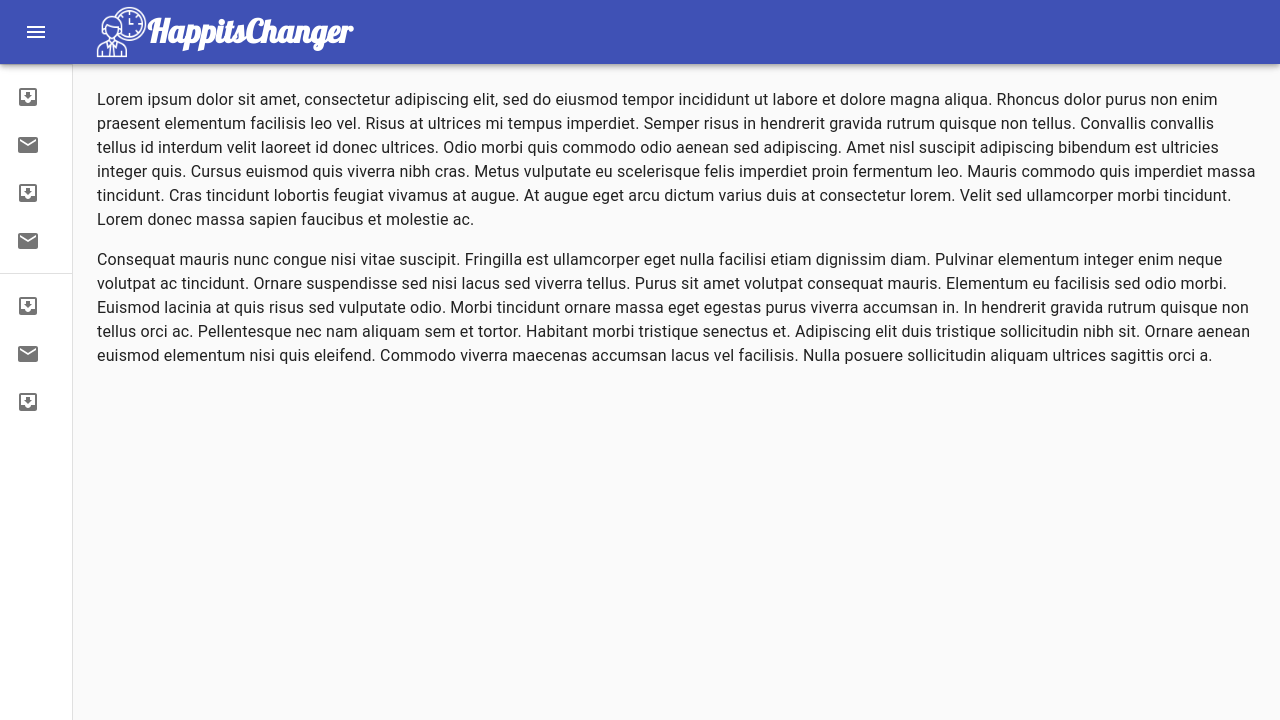
Repository: pgruca96/HappitsChanger
Page: /main
An editor plug-in stored every save of this project. The page is shown before and after the next save, followed by the edit.
The browser window is 1280 px wide. The pictures show the whole page.
The project was rebuilt for these pictures with package versions that can differ from the ones it lists, and the page was loaded fresh each time. Also part of the build but not shown: src/styles/LoginPage.js, src/styles/Form.js, src/components/form/index.js, src/styles/colors.js, src/containers/loginPage/logoContainer.js, src/containers/loginPage/index.js.

Above is the page before, as saved 2020-11-02 13:54:11.

### public/index.html
<!DOCTYPE html>
<html lang="en">

<head>
  <meta charset="utf-8" />
  <link rel="icon" href="%PUBLIC_URL%/favicon.ico" />
  <meta name="viewport" content="width=device-width, initial-scale=1" />
  <meta name="theme-color" content="#000000" />
  <meta name="description" content="Web site created using create-react-app" />
  <link href="https://fonts.googleapis.com/css?family=Lobster" rel="stylesheet" type="text/css">
  <link rel="apple-touch-icon" href="%PUBLIC_URL%/logo192.png" />
  <!--
      manifest.json provides metadata used when your web app is installed on a
      user's mobile device or desktop. See https://developers.google.com/web/fundamentals/web-app-manifest/
    -->
  <link rel="manifest" href="%PUBLIC_URL%/manifest.json" />
  <!--
      Notice the use of %PUBLIC_URL% in the tags above.
      It will be replaced with the URL of the `public` folder during the build.
      Only files inside the `public` folder can be referenced from the HTML.

      Unlike "/favicon.ico" or "favicon.ico", "%PUBLIC_URL%/favicon.ico" will
      work correctly both with client-side routing and a non-root public URL.
      Learn how to configure a non-root public URL by running `npm run build`.
    -->
  <title>React App</title>
</head>

<body>
  <noscript>You need to enable JavaScript to run this app.</noscript>
  <div id="root"></div>
  <!--
      This HTML file is a template.
      If you open it directly in the browser, you will see an empty page.

      You can add webfonts, meta tags, or analytics to this file.
      The build step will place the bundled scripts into the <body> tag.

      To begin the development, run `npm start` or `yarn start`.
      To create a production bundle, use `npm run build` or `yarn build`.
    -->
</body>

</html>

### src/App.js
import "./App.css";
import { BrowserRouter as Router, Route } from "react-router-dom";
import LoginPage from "./containers/loginPage";
import MainPage from "./containers/mainPage";

const App = () => {
  return (
    <div className="app">
      <Router>
        <Route path="/" exact component={LoginPage} />
        <Route path="/main" exact component={MainPage} />
      </Router>
    </div>
  );
};

export default App;

### src/App.css
*,
*::before,
*::after {
  margin: 0;
  padding: 0;
  box-sizing: border-box;
}

.app {
  min-width: 100vw;
  min-height: 100vh;
}

### src/containers/mainPage/index.js
import React from "react";
import clsx from "clsx";
import {
  makeStyles,
  useTheme,
  ThemeProvider,
  createMuiTheme,
} from "@material-ui/core/styles";
import Drawer from "@material-ui/core/Drawer";
import AppBar from "@material-ui/core/AppBar";
import Toolbar from "@material-ui/core/Toolbar";
import List from "@material-ui/core/List";
import CssBaseline from "@material-ui/core/CssBaseline";
import Typography from "@material-ui/core/Typography";
import Divider from "@material-ui/core/Divider";
import IconButton from "@material-ui/core/IconButton";
import MenuIcon from "@material-ui/icons/Menu";
import ChevronLeftIcon from "@material-ui/icons/ChevronLeft";
import ChevronRightIcon from "@material-ui/icons/ChevronRight";
import ListItem from "@material-ui/core/ListItem";
import ListItemIcon from "@material-ui/core/ListItemIcon";
import ListItemText from "@material-ui/core/ListItemText";
import InboxIcon from "@material-ui/icons/MoveToInbox";
import MailIcon from "@material-ui/icons/Mail";
// import { primaryTheme } from "../../styles/colors";
import Logo from "../../components/logo";
import srcLogo from "../../assets/punctuality.png";
import { Header } from "../../styles/h2";
import { green, purple } from "@material-ui/core/colors";

const drawerWidth = 240;

const theme1 = createMuiTheme({
  pallete: {
    primary: green,
    secondary: purple,
  },
  typography: {
    h1: {},
  },
});

const useStyles = makeStyles((theme) => ({
  root: {
    display: "flex",
  },
  appBar: {
    zIndex: theme.zIndex.drawer + 1,
    transition: theme.transitions.create(["width", "margin"], {
      easing: theme.transitions.easing.sharp,
      duration: theme.transitions.duration.leavingScreen,
    }),
  },
  appBarShift: {
    marginLeft: drawerWidth,
    width: `calc(100% - ${drawerWidth}px)`,
    transition: theme.transitions.create(["width", "margin"], {
      easing: theme.transitions.easing.sharp,
      duration: theme.transitions.duration.enteringScreen,
    }),
  },
  menuButton: {
    marginRight: 36,
  },
  hide: {
    display: "none",
  },
  drawer: {
    width: drawerWidth,
    flexShrink: 0,
    whiteSpace: "nowrap",
  },
  drawerOpen: {
    width: drawerWidth,
    transition: theme.transitions.create("width", {
      easing: theme.transitions.easing.sharp,
      duration: theme.transitions.duration.enteringScreen,
    }),
  },
  drawerClose: {
    transition: theme.transitions.create("width", {
      easing: theme.transitions.easing.sharp,
      duration: theme.transitions.duration.leavingScreen,
    }),
    overflowX: "hidden",
    width: theme.spacing(7) + 1,
    [theme.breakpoints.up("sm")]: {
      width: theme.spacing(9) + 1,
    },
  },
  toolbar: {
    display: "flex",
    alignItems: "center",
    justifyContent: "flex-end",
    padding: theme.spacing(0, 1),
    // necessary for content to be below app bar
    ...theme.mixins.toolbar,
  },
  content: {
    flexGrow: 1,
    padding: theme.spacing(3),
  },
  navbarToolbar: {
    height: "50px",
  },
}));

export default function MainPage() {
  const classes = useStyles();
  const theme = useTheme();
  const [open, setOpen] = React.useState(false);

  const handleDrawerOpen = () => {
    setOpen(true);
  };

  const handleDrawerClose = () => {
    setOpen(false);
  };

  return (
    <div className={classes.root}>
      <CssBaseline />
      <ThemeProvider theme={theme1}>
        <AppBar
          position="fixed"
          className={clsx(classes.appBar, {
            [classes.appBarShift]: open,
          })}
        >
          <Toolbar className={classes.navbarToolbar}>
            <IconButton
              color="inherit"
              aria-label="open drawer"
              onClick={handleDrawerOpen}
              edge="start"
              className={clsx(classes.menuButton, {
                [classes.hide]: open,
              })}
            >
              <MenuIcon />
            </IconButton>
            <Logo src={srcLogo} />
            <Header>HappitsChanger</Header>
          </Toolbar>
        </AppBar>
      </ThemeProvider>
      <Drawer
        variant="permanent"
        className={clsx(classes.drawer, {
          [classes.drawerOpen]: open,
          [classes.drawerClose]: !open,
        })}
        classes={{
          paper: clsx({
            [classes.drawerOpen]: open,
            [classes.drawerClose]: !open,
          }),
        }}
      >
        <div className={classes.toolbar}>
          <IconButton onClick={handleDrawerClose}>
            {theme.direction === "rtl" ? (
              <ChevronRightIcon />
            ) : (
              <ChevronLeftIcon />
            )}
          </IconButton>
        </div>
        <Divider />
        <List>
          {["Inbox", "Starred", "Send email", "Drafts"].map((text, index) => (
            <ListItem button key={text}>
              <ListItemIcon>
                {index % 2 === 0 ? <InboxIcon /> : <MailIcon />}
              </ListItemIcon>
              <ListItemText primary={text} />
            </ListItem>
          ))}
        </List>
        <Divider />
        <List>
          {["All mail", "Trash", "Spam"].map((text, index) => (
            <ListItem button key={text}>
              <ListItemIcon>
                {index % 2 === 0 ? <InboxIcon /> : <MailIcon />}
              </ListItemIcon>
              <ListItemText primary={text} />
            </ListItem>
          ))}
        </List>
      </Drawer>
      <main className={classes.content}>
        <div className={classes.toolbar} />
        <Typography paragraph>
          Lorem ipsum dolor sit amet, consectetur adipiscing elit, sed do
          eiusmod tempor incididunt ut labore et dolore magna aliqua. Rhoncus
          dolor purus non enim praesent elementum facilisis leo vel. Risus at
          ultrices mi tempus imperdiet. Semper risus in hendrerit gravida rutrum
          quisque non tellus. Convallis convallis tellus id interdum velit
          laoreet id donec ultrices. Odio morbi quis commodo odio aenean sed
          adipiscing. Amet nisl suscipit adipiscing bibendum est ultricies
          integer quis. Cursus euismod quis viverra nibh cras. Metus vulputate
          eu scelerisque felis imperdiet proin fermentum leo. Mauris commodo
          quis imperdiet massa tincidunt. Cras tincidunt lobortis feugiat
          vivamus at augue. At augue eget arcu dictum varius duis at consectetur
          lorem. Velit sed ullamcorper morbi tincidunt. Lorem donec massa sapien
          faucibus et molestie ac.
        </Typography>
        <Typography paragraph>
          Consequat mauris nunc congue nisi vitae suscipit. Fringilla est
          ullamcorper eget nulla facilisi etiam dignissim diam. Pulvinar
          elementum integer enim neque volutpat ac tincidunt. Ornare suspendisse
          sed nisi lacus sed viverra tellus. Purus sit amet volutpat consequat
          mauris. Elementum eu facilisis sed odio morbi. Euismod lacinia at quis
          risus sed vulputate odio. Morbi tincidunt ornare massa eget egestas
          purus viverra accumsan in. In hendrerit gravida rutrum quisque non
          tellus orci ac. Pellentesque nec nam aliquam sem et tortor. Habitant
          morbi tristique senectus et. Adipiscing elit duis tristique
          sollicitudin nibh sit. Ornare aenean euismod elementum nisi quis
          eleifend. Commodo viverra maecenas accumsan lacus vel facilisis. Nulla
          posuere sollicitudin aliquam ultrices sagittis orci a.
        </Typography>
      </main>
    </div>
  );
}

### src/styles/h2.js
import styled from "styled-components";

export const Header = styled.h2`
  font-family: Lobster, open-sans;
  font-size: 2rem;
  text-align: center;
  width: ${({ width }) => width || "auto"};
`;

### src/components/logo.js
import React from "react";

import styled from "styled-components";

const Logo = ({ src }) => {
  const Img = styled.img`
    height: 80%;
    color: white;
  `;
  return <Img src={src} alt="logo" />;
};

export default Logo;

Loaded but not shown: src/index.js (common file); src/index.css (common file); src/reportWebVitals.js (common file)

After the next save:
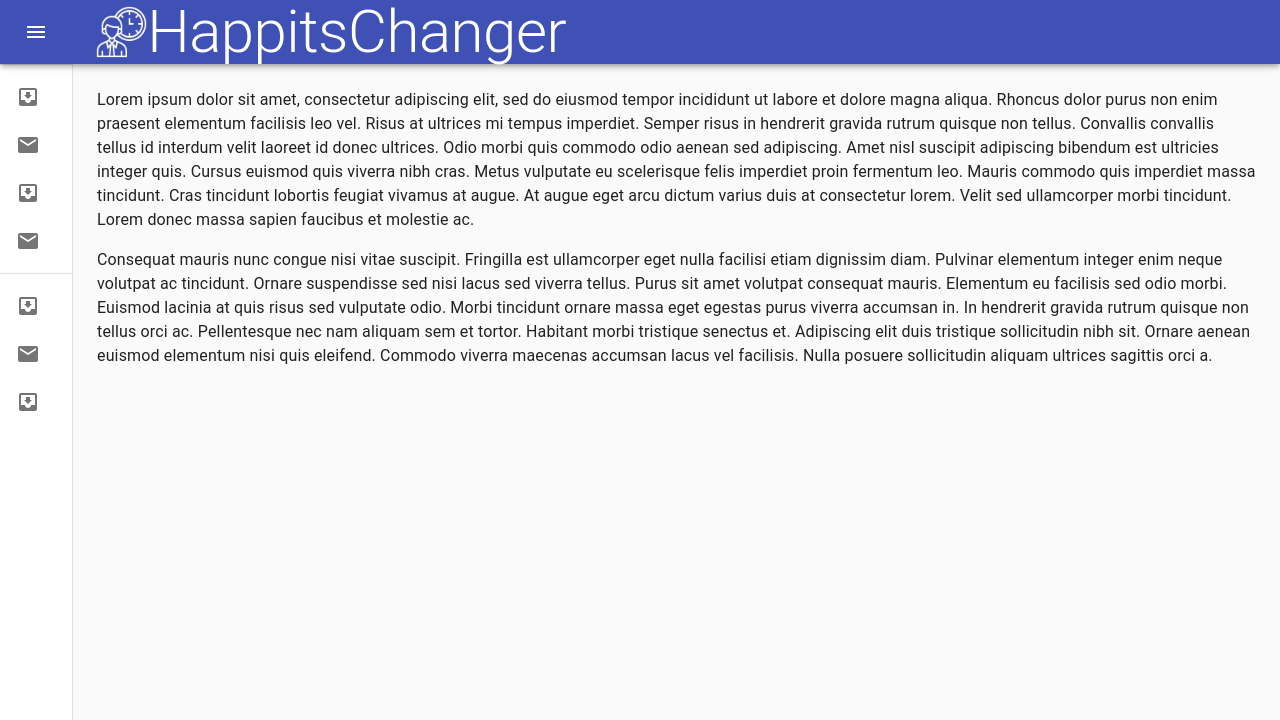
Saved 98 s later.
--- a/src/containers/mainPage/index.js
+++ b/src/containers/mainPage/index.js
@@ -141,7 +141,7 @@
               <MenuIcon />
             </IconButton>
             <Logo src={srcLogo} />
-            <Header>HappitsChanger</Header>
+            <Typography variant="h2">HappitsChanger</Typography>
           </Toolbar>
         </AppBar>
       </ThemeProvider>
